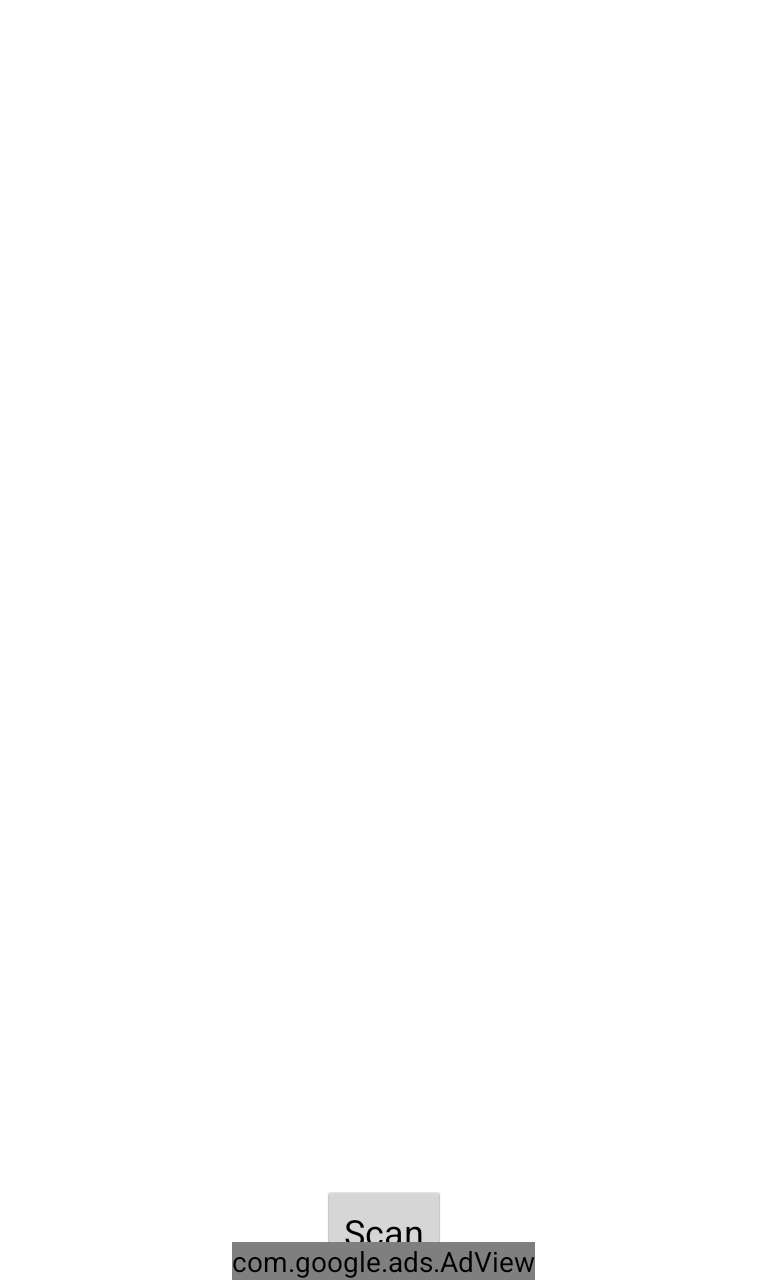
Repository: harvard-lil/wtwba-android-app
Layout: wtwba/res/layout/activity_main.xml
An editor plug-in stored every save of this project. The layout is shown before and after the next save, followed by the edit.
Pictures or frames that could not be fetched are drawn as grey boxes. It is drawn on a 768 x 1280 px phone screen (xhdpi) without system bars, with theme AppTheme; the app's code is not run. Lists and similar views that code fills are empty.

Above is the layout before, as saved 2013-03-07 16:45:56.

After the next save:
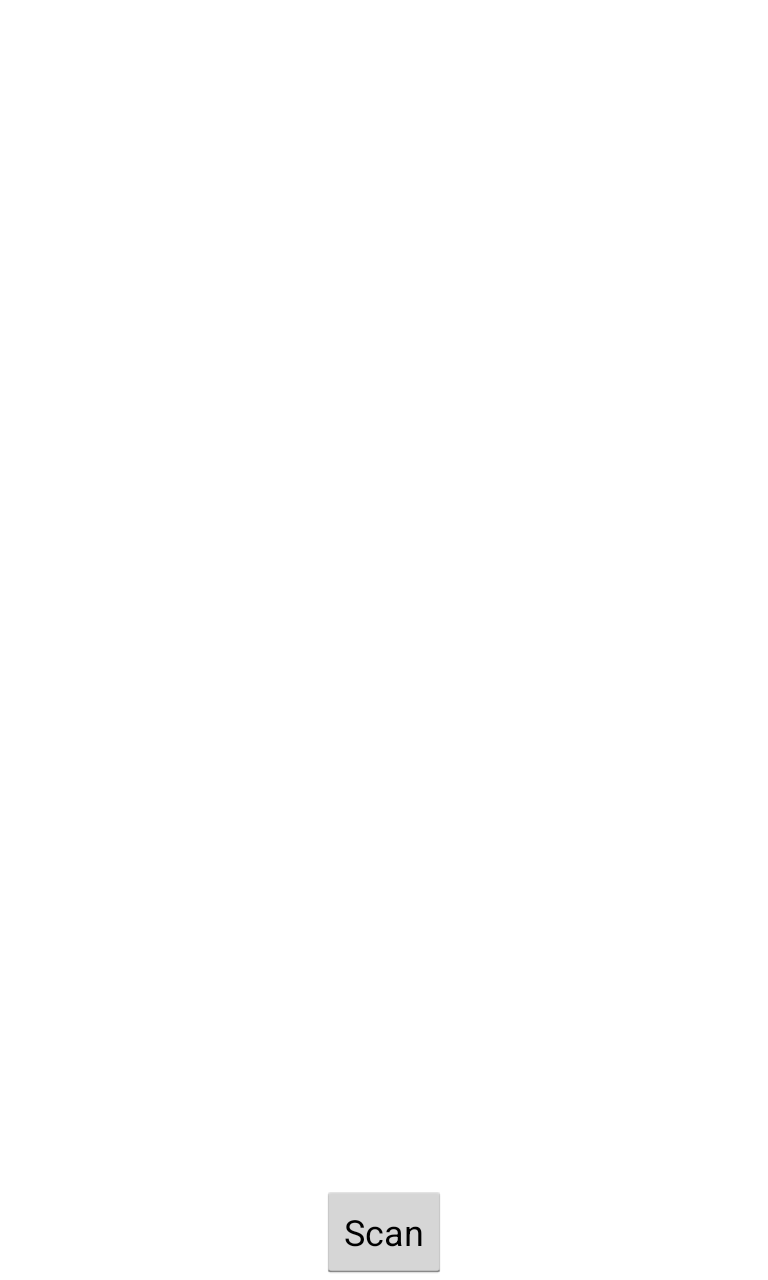
Saved 4 s later.
--- a/wtwba/res/layout/activity_main.xml
+++ b/wtwba/res/layout/activity_main.xml
@@ -20,14 +20,5 @@
         android:text="@string/button_scan"
     	android:onClick="addItem" />
 
-    <com.google.ads.AdView
-        android:id="@+id/app_name"
-        android:layout_width="wrap_content"
-        android:layout_height="wrap_content"
-        android:layout_alignParentBottom="true"
-        android:layout_centerHorizontal="true"
-        ads:adSize="BANNER"
-        ads:loadAdOnCreate="true" >
-    </com.google.ads.AdView>
 
 </RelativeLayout>
